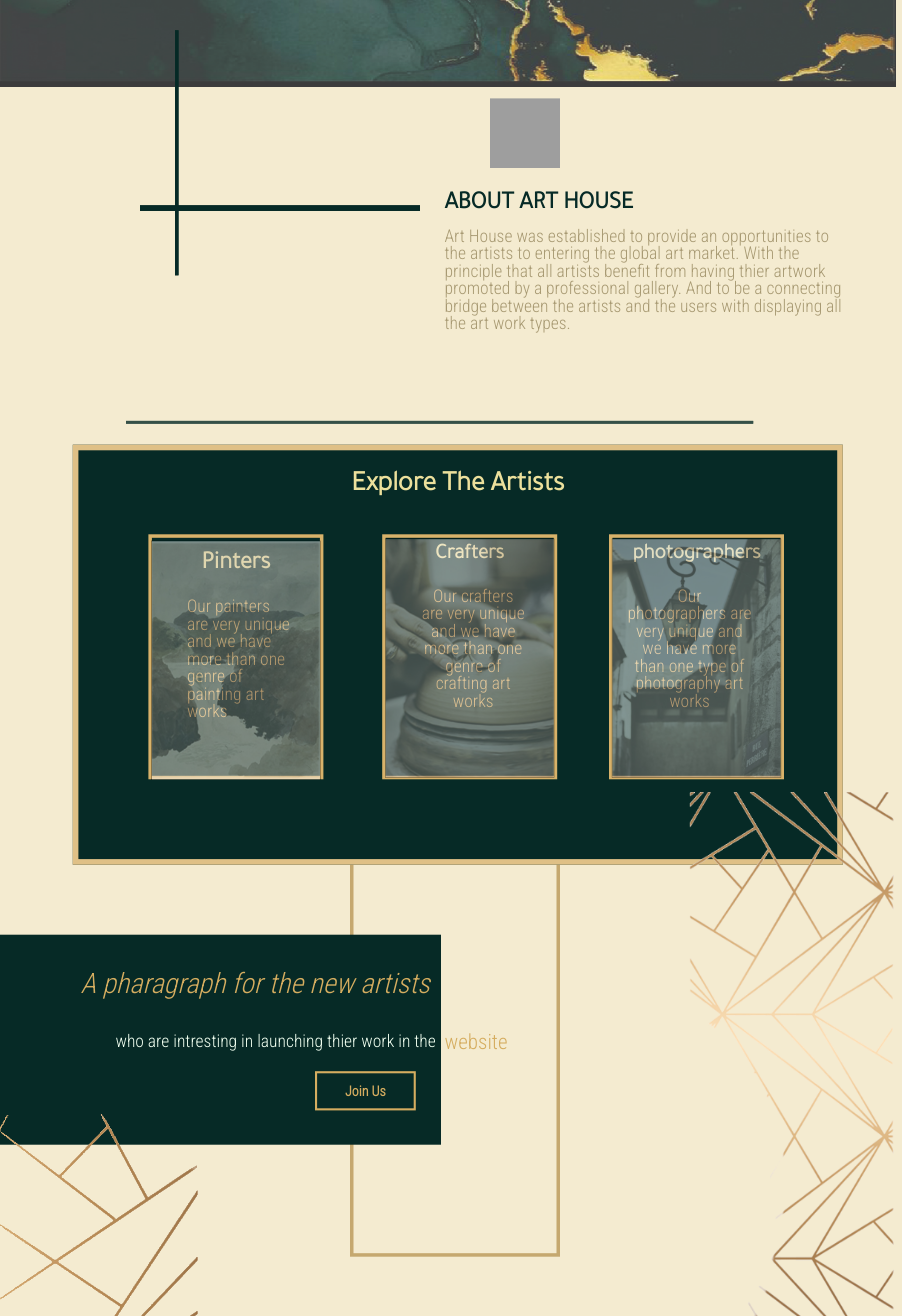
Repository: merge-confilicts/art-house
Page: index.html
An editor plug-in stored every save of this project. The page is shown before and after a run of saves, followed by the edit.
The browser window is 1280 px wide. The page is 1289 px wide, so the pictures cover 1289 px, including what lies to the right of the window. The pictures show the part of the page from y = 576 to 2456 px (the page is 2701 px tall), at 70% of full size.
Pictures or frames that could not be fetched are drawn as grey boxes.

Above is the page before, as saved 2021-05-26 12:51:56.

### index.html
<!DOCTYPE html>
<html lang="en">

<head>
    <meta charset="UTF-8">
    <meta http-equiv="X-UA-Compatible" content="IE=edge">
    <meta name="viewport" content="width=device-width, initial-scale=1.0">
    <title>Art house</title>
    <link rel="shortcut icon" href="Images/slideshow/55a6fb976f774cb8a11926050e0b4870.png" type="image/x-icon">
    <l<link rel="preconnect" href="https://fonts.gstatic.com">
        <link
            href="https://fonts.googleapis.com/css2?family=Noto+Sans+JP:wght@300&family=Roboto+Condensed:wght@300&family=Tajawal:wght@300&display=swap"
            rel="stylesheet">
        <link rel="stylesheet" href="css/reset.css">
        <link rel="stylesheet" href="css/style.css">
        <link rel="stylesheet" href="https://use.fontawesome.com/releases/v5.15.3/css/all.css"
            integrity="sha384-SZXxX4whJ79/gErwcOYf+zWLeJdY/qpuqC4cAa9rOGUstPomtqpuNWT9wdPEn2fk" crossorigin="anonymous">

</head>

<body>
    <div id="tour">
        <div class="mySlide">
            <span class="slideCounter">1 / 3</span>
            <img src="/Images/slideshow/photo-1577720580479-7d839d829c73.jpg" alt="tour"
                class="SlideImages" />
            <p class="SlideImagetitle">Near Brodick, Isle Of Arran by William Andrews Nesfield</p>
            <span class="back"></span>
        </div>
        <div class="mySlide">
            <span class="slideCounter">2 / 3</span>
            <img src="Images/slideshow/photo-1542226601-bc82e276ae0a.jpg" alt="tour"
                class="SlideImages" />
            <p class="SlideImagetitle">Strolling through Stavanger by Max </p>
            <span class="back"></span>
        </div>
        <div class="mySlide">
            <span class="slideCounter">3 / 3</span>
            <img src="Images/slideshow/photo-1597420104288-4383f0a6e0ee.jpg" alt="tour"
                class="SlideImages" />
            <p class="SlideImagetitle">Street level shot of NYC by Giovanni</p>
            <span class="back"></span>
        </div>
        <a class="prev" onclick="plusSlides(-1)">&#10094;</a>
        <a class="next" onclick="plusSlides(1)">&#10095;</a>
        <button type="button" id="xButton">X</button>
        <div id="tourBorder"></div>
    </div>
    <header>
        <nav>
            <ul>
                <li><a href="index.html"><img src="Images/slideshow/a1de5ef2bbdf4582b79856771ada2ce0 (2).png" alt="" id="logo"/></a></li>
                <li><a href="html/gallery.html">Gallery</a></li>
                <li><a href="html/contact-us.html">Contact</a></li>
                <li><a href="html/shopping-page.html"><i class="fab fa-opencart"></i></a></li>
            </ul>
        </nav>
        <span></span>
        <h1>ART <br /> HOUSE</h1>
        <p>BRING THE ART INDOORS </p>
        <button type="button" id="button">Tour</button>
        <img src="Images/mainPage/main.jpg" alt="mainPage">
    </header>
    <main>
        <section>
            <img src="https://static.thenounproject.com/png/486805-200.png" alt="scroll">
            <span></span>
            <span></span>
            <h3>ABOUT ART HOUSE</h3>
            <p>Art House was established to provide an opportunities to the artists to entering the global art market.
                With the principle that all artists benefit from having thier artwork promoted by a professional
                gallery.
                And to be a connecting bridge between the artists and the users with displaying all the art work types.
            </p>
            <span></span>
        </section>
        <section>
            <h3>Explore The Artists</h3>
            <article>
                <h5>Pinters</h5>
                <p>Our painters are very unique and we have more than one genre of painting art works</p>
                <img src="/Images/mainPage/2.jpg" alt="painters">
            </article>
            <article>
                <h5>Crafters</h5>
                <p>Our crafters are very unique and we have more than one genre of crafting art works</p>
                <img src="/Images/mainPage/3.jpg" alt="crafters">
            </article>
            <article>
                <h5>photographers</h5>
                <p>Our photographers are very unique and we have more than one type of photography art works</p>
                <img src="Images/mainPage/4.jpg" alt="crafters">
            </article>
        </section>
        <section>
            <article>
                <div>
                </div>
                <p> <span id="artists">A pharagraph for the new artists</span> <br /> who are intresting in launching
                    thier
                    work in the <br /> <span id="website">website</span> </p>
                <a href="/html/contact-us.html" target="_top">Join Us</a>
            </article>
            <article>
            </article>
        </section>
        <img src="/Images/mainPage/output-onlinepngtools (1).png" alt="rightImg" id="right">
        <img src="Images/mainPage/output-onlinepngtools (2).png" alt="lrftImg" id="left">
    </main>
    <footer>
        <p><i class="far fa-copyright"></i> Art-House 2021</p>
        <span></span>
        <a href="#"> <i class="fab fa-facebook"></i></a>
        <a href="#"> <i class="fab fa-instagram"></i></i></a>
        <a href="#"> <i class="fab fa-twitter"></i></i></a>
        <a href="#"><i class="fab fa-pinterest"></i></i></a>
    </footer>
    <script src="/js/app.js"></script>
</body>

</html>

### css/style.css

*{
    box-sizing: border-box;
}
body{
    background-color: #f4ebd0;

}


#tour{
    margin-top: 180px;
    margin-left: 200px;
    width: 60%;
    background-color: #e8e3b1;
    position: absolute;
    height: 400px;
    z-index: 1;
    display: none;
    border: 5px solid #062a26;
    transition: 1s;
}
#tour img{
    width: 700px;
    height: 410px;
    margin-left: 0px;
    padding-bottom: 20px;
    opacity: .8;
}
#tour .back{
    top: -80px;
    position: relative;
    display: block;
    width: 700px;
    background-color: #e8e3b1;
    height: 22px;
    opacity: .5;

}
#tour p {
    /* padding-bottom: 30px; */
    top: -60px;
    position: relative;
    margin-left: 170px;
    color: #062a26;
    font-family: 'Noto Sans JP', sans-serif;
    font-family: 'Roboto Condensed', sans-serif;
    font-size: 20px;
    z-index: 1;
}
#tour button{
    top: -25px;
    right: 10px;
    position: absolute;
    width: 30px;
    height: 35px;
    font-size: 25px;
    text-align: center;
    transition: 1s;
}
#tour #tourBorder{
    display: block;
    border: solid 5px #c5a86f;
    width: 300px;
    height: 600px;
    top: -500px;
    left:600px;
    position: relative;
    z-index: -4;

}
.mySlide{
    display: none;
}
.slideCounter{
    top: 20px;
    right: 60px;
    position: absolute;
    font-size: 20px;
    font-family:cursive;
    color: #062a26;
    font-family: 'Noto Sans JP', sans-serif;
    font-family: 'Roboto Condensed', sans-serif;
    font-size: 20px;
}
.prev{
    top: 180px;
    left: 10px;
    position: absolute;
    font-size: 30px;
    color: #062a26;
}
.next{
    top: 180px;
    left: 760px;
    position: absolute;
    font-size: 30px;
    color: #062a26;
}
ul li {
    display: inline-block;
    margin-left: 0px;
    padding-top: 25px;
    left: 850px;
    position: relative;
    margin-right: 60px;
}
ul li:first-child{
    margin-left: 50px;
    padding-left: 0px;
    left: 0px;
    font-size: 25px;
    position: relative;
}

nav ul li a {
    font-size: 25px;
    text-decoration: none;
    color: #062a26;
    font-family:'Franklin Gothic Medium', 'Arial Narrow', Arial, sans-serif;
}
#logo{
    top: -30px;
    left: 100px;
    position: absolute;
    width: 100px;
    height:100px;
    z-index: 2;
}
header span{
    display: block;
    top: 15px;
    left: 30px;
    position: relative;
    background-color: #062a26;
    width: 92%;
    height: 5px;
    border: #062a26 solid 2px;
}
header img {
    top: 0px;
    left: 0px;
    position: absolute;
    z-index: -1;
    width: 100%;
    height: 700px;
}
h1{
    margin-top:50px;
    margin-left: 100px;
    font-size: 130px;
    font-family: 'Noto Sans JP', sans-serif;
    font-family: 'Roboto Condensed', sans-serif;
    color: #e8e3b1;
    margin-bottom: 100px;
}
header p {
    top: 400px;
    left:100px;
    position: absolute;
    font-size: 50px;
    font-family: 'Noto Sans JP', sans-serif;
    font-family: 'Roboto Condensed', sans-serif;
    color: #d5ad60;
}
 button{
    margin-top: 40px;
    margin-left: 200px;
    width: 200px;
    height: 50px;
    font-size: 35px;
    color: white;
    background-color: #062a26;
    border: none;
    font-family: 'Noto Sans JP', sans-serif;
    font-family: 'Roboto Condensed', sans-serif;
    color: #e8e3b1;
    border: 1px solid #e8e3b1 ;



}

main section:first-child img{
    margin-top: 160px;
    margin-left: 700px;
    width: 100px;
    height: 100px;
    border: none;
}
main section:first-child span:first-of-type{
    display: block;
    top: -200px;
    left: 250px;
    position: relative;
    background-color: #062a26;
    width: 5px;
    height: 350px;
    border: #062a26 solid 2px;

}
main section:first-child :nth-child(3){
    display: block;
    top: -300px;
    left: 200px;
    position: relative;
    background-color: #062a26;
    width: 400px;
    height: 8px;
    border: #062a26 solid 2px;
}

main section:first-child h3 {
    top: 850px;
    left: 635px;
    position:absolute;
    font-size: 35px;
    font-family: 'Noto Sans JP', sans-serif;
    font-family: 'Roboto Condensed', sans-serif;
    font-family: 'Tajawal', sans-serif;
    font-weight: 700;
    color:#062a26;

}
main section:first-child p{
    top: 900px;
    left: 635px;
    position:absolute;
    font-size: 25px;
    font-family: 'Noto Sans JP', sans-serif;
    font-family: 'Roboto Condensed', sans-serif;
    width: 580px;
    color: #a89a73;
    font-weight: 500;
}
main section:first-child span:last-of-type{
    display: block;
    top: 0px;
    left: 180px;
    position: relative;
    background-color: #062a26;
    width: 70%;
    height: 2px;
    border: #062a26 solid 2px;
    opacity: .8;
}
main section:nth-child(2){
    display: block;
    background-color: #062a26;
    width: 1100px;
    height: 600px;
    margin-left: 104px;
    margin-top: 30px;
    border: 8px solid #dfc086;

}
main section:nth-child(2) h3 {
    text-align: center;
    padding-top: 30px;
    font-size: 40px;
    font-family: 'Noto Sans JP', sans-serif;
    font-family: 'Roboto Condensed', sans-serif;
    font-family: 'Tajawal', sans-serif;
    font-weight: 700;
    color: #ece09c;

}
main section:nth-child(2) article {
    margin-top: 50px;
    margin-left: 100px;
    display: inline-block;
    border: 5px solid #d8b26a;
}
main section:nth-child(2) article:first-of-type {
    width: 250px;
    height: 350px;

}
main section:nth-child(2) article:first-of-type h5 {
   font-size: 35px;
   text-align: center;
   padding-top: 20px;
   padding-bottom: 30px;
   font-family: 'Noto Sans JP', sans-serif;
   font-family: 'Roboto Condensed', sans-serif;
   font-family: 'Tajawal', sans-serif;
   font-weight: 700;
   color: #ece09c;
   opacity: 1;
}
main section:nth-child(2) article:first-of-type p {
    font-size: 25px;
    font-family: 'Noto Sans JP', sans-serif;
    font-family: 'Roboto Condensed', sans-serif;
    color:#d5ad60 ;
    padding-left:50px ;
    width: 200px;
    opacity: 1;
 }
 main section:nth-child(2) article:first-of-type img{
     width: 242px;
     height: 342px;
     top: -456px;
     right: 1px;
     position: relative;
     opacity: .5;
 }
main section:nth-child(2) article:nth-child(3) {
    width: 250px;
    height: 350px;
    top: -15px;
    right:20px;
    position: relative;
}
main section:nth-child(2) article:nth-child(3) h5 {
    font-size: 30px;
    text-align: center;
    padding-top: 10px;
    padding-bottom: 30px;
    font-family: 'Noto Sans JP', sans-serif;
    font-family: 'Roboto Condensed', sans-serif;
    font-family: 'Tajawal', sans-serif;
    font-weight: 700;
    color: #ece09c;
    opacity: 1;
 }
 main section:nth-child(2) article:nth-child(3) p {
     font-size: 25px;
     text-align: center;
     font-family: 'Noto Sans JP', sans-serif;
     font-family: 'Roboto Condensed', sans-serif;
     color:#d5ad60 ;
     padding-left:50px ;
     width: 200px;
     opacity: 1;

  }
  main section:nth-child(2) article:nth-child(3) img{
    width: 242px;
    height: 342px;
    top: -444px;
    right: 1px;
    position: relative;
    opacity: .5;
  }
main section:nth-child(2) article:last-of-type {
    width: 250px;
    height: 350px;
    top: -15px;
    right:50px;
    position: relative;
}
main section:nth-child(2) article:last-of-type h5 {
    font-size: 30px;
    text-align: center;
    padding-top: 10px;
    padding-bottom: 30px;
    font-family: 'Noto Sans JP', sans-serif;
    font-family: 'Roboto Condensed', sans-serif;
    font-family: 'Tajawal', sans-serif;
    font-weight: 700;
    color: #ece09c;

}
main section:nth-child(2) article:last-of-type p {
    font-size: 25px;
    text-align: center;
    font-family: 'Noto Sans JP', sans-serif;
    font-family: 'Roboto Condensed', sans-serif;
    color:#d5ad60 ;
    padding-left:20px ;
    width: 200px;


 }
 main section:nth-child(2) article:last-of-type img{
    width: 242px;
    height: 342px;
    top: -444px;
    right: 1px;
    position: relative;
    opacity: .5;
 }
main section:last-of-type article:first-of-type {
     display: block;
     background-color: #062a26;
     width: 630px;
     height: 300px;
     margin-top: 100px;

}
main section:last-of-type article:first-of-type div {
    display: block;
    border: solid 5px #c5a86f;
    width: 300px;
    height: 600px;
    top: -140px;
    left:500px;
    position: relative;
    z-index: -1;
    /* opacity: .8; */
}
main section:last-of-type article:first-of-type #artists{
    font-size: 40px;
    font-family: 'Noto Sans JP', sans-serif;
    font-family: 'Roboto Condensed', sans-serif;
    color: #d5ad60;
    top: -50px;
    left: -50px;
    position: relative;
    font-style: italic;
}
main section:last-of-type article:first-of-type p{
    color: honeydew;
    left: 165px;
    top: -500px;
    font-size: 25px;
    position: relative;
    font-family: 'Noto Sans JP', sans-serif;
    font-family: 'Roboto Condensed', sans-serif;

}
main section:last-of-type article:first-of-type #website{
    font-size: 30px;
    color: black;
    top: -27px;
    left: 470px;
    position: relative;
    font-family: 'Noto Sans JP', sans-serif;
    font-family: 'Roboto Condensed', sans-serif;
    color: #d5ad60;
}

main section:last-of-type article:first-of-type a{
    position: relative;
    top: -500px;
    left: 450px;
    border: 3px solid #d5ad60 ;
    border-radius: 0px;
    color: #d5ad60;
    display: inline-block;
    /* text-align: center; */
    padding: 15px 40px 15px 40px;
    text-decoration: none;
    font-size: 20px;
    font-family: 'Noto Sans JP', sans-serif;
    font-family: 'Roboto Condensed', sans-serif;
    font-weight: bold;

}

main section:last-of-type article:last-of-type img{
    width: 400px;
    height: 500px;
    float: right;
    margin-top: -200px;
    border: 1px solid black;
}

main img {
    width: 200px;
    height: 200px;
    margin-top: 200px;
    border: 1px solid black;
}

footer {
    text-align: center;
    top: 450px;
    position: relative;
    background-color:#062a26 ;
}
footer p{
    margin-right: 200px;
    color: #a38b5d;
    font-family: 'Roboto Condensed', sans-serif;
    font-size: 20px;
    top: 10px;
    position: relative;
}
#right{
    border: none;
    width: 400px;
    height: 580px;
    left: -110px;
    top: 1920px;
    position: absolute;


}
#left{
    border: none;
    width: 300px;
    height: 1000px;
    right:0px;
    top: 1500px;
    position: absolute;
}
footer .fa-copyright{
    color: #062a26;
    font-size: 20px;

}
footer span{

    background-color: #a38b5d;
    border: 2px solid #a38b5d;
    left: 80px;
    top:-5px;
    position: relative;
}
footer .fa-facebook{
    margin-left: 200px;
    top: -10px;
    position: relative;
    color: #a38b5d;
    font-size: 20px;
}
footer .fa-instagram{
    top: -10px;
    position: relative;
    color: #a38b5d;
    font-size: 20px;
}
footer .fa-twitter{
    top: -10px;
    position: relative;
    color: #a38b5d;
    font-size: 20px;
}
footer .fa-pinterest{
    top: -10px;
    position: relative;
    color: #a38b5d;
    font-size: 20px;
}

### js/app.js

'use strict';

//................Tour button code.....................
let btn = document.getElementById('button');
let xBtn = document.getElementById('xButton');
btn.addEventListener('click', tourShow);
xBtn.addEventListener('click', tourShow);
function tourShow(event) {
    let slideShow = document.getElementById('tour');
    let displaySetting = slideShow.style.display;
    if (displaySetting == 'block') {
        slideShow.style.display = 'none';
        btn.innerHTML = 'TOUR';
    } else if (xBtn.addEventListener) {
        slideShow.style.display = 'block';
    }
}

//................Slide show code.....................

let index = 1;
showSlide(index);
function plusSlides(action) {
    showSlide(index += action);
}
function showSlide(n) {
    let slides = document.getElementsByClassName('mySlide');
    console.log(slides);
    if (n > slides.length) { index = 1 }
    if (n < 1) { index = slides.length }
    for (let i = 0; i < slides.length; i++) {
        slides[i].style.display = "none";
    }

    slides[index - 1].style.display = "block";
}

Loaded but not shown: css/reset.css (common file)

After the next 3 saves:
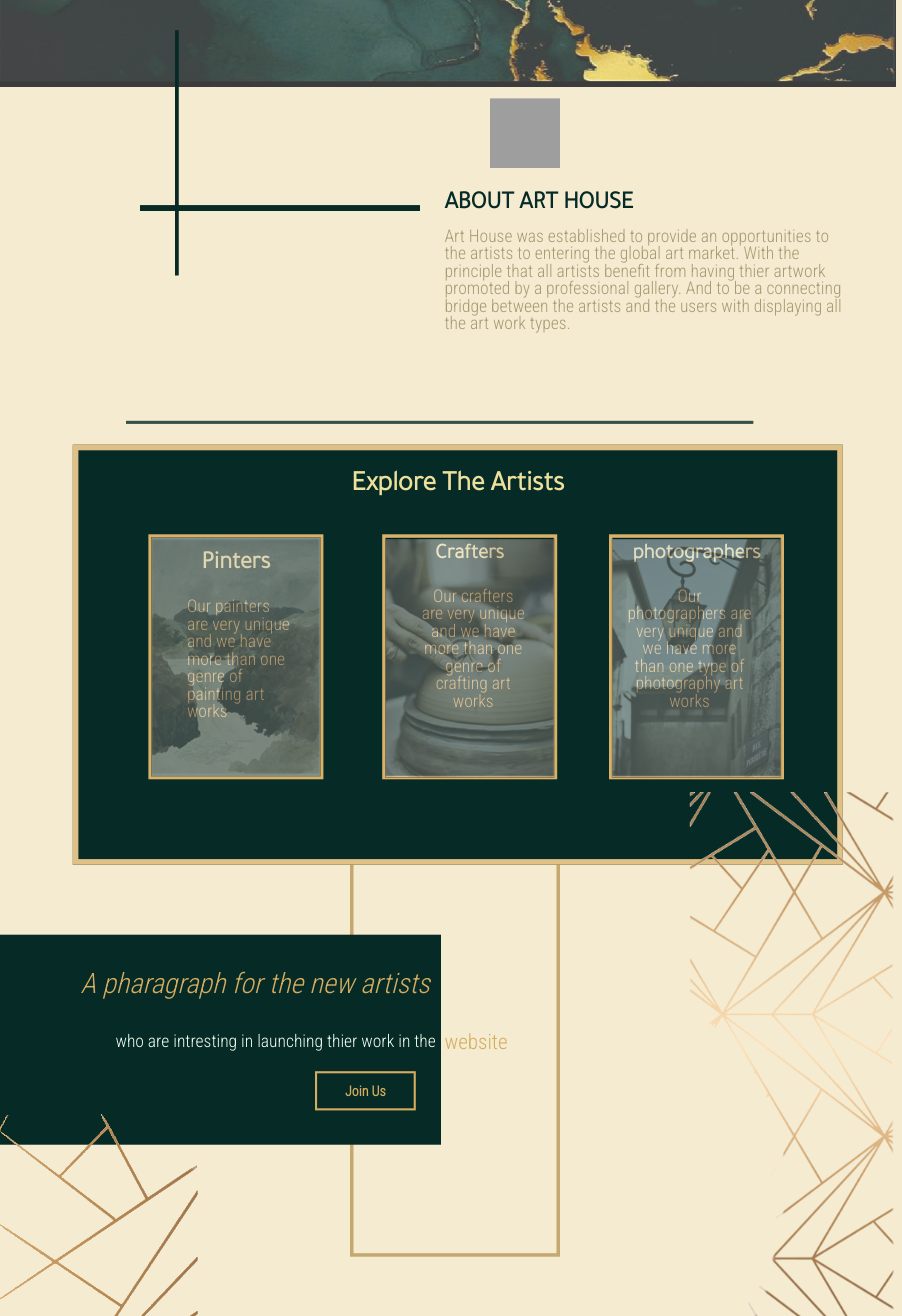
The 3 saves are shown as one change because they came seconds apart.
The last was saved 9 s later.
--- a/css/style.css
+++ b/css/style.css
@@ -300,7 +300,7 @@
  main section:nth-child(2) article:first-of-type img{
      width: 242px;
      height: 342px;
-     top: -456px;
+     top: -461px;
      right: 1px;
      position: relative;
      opacity: .5;
